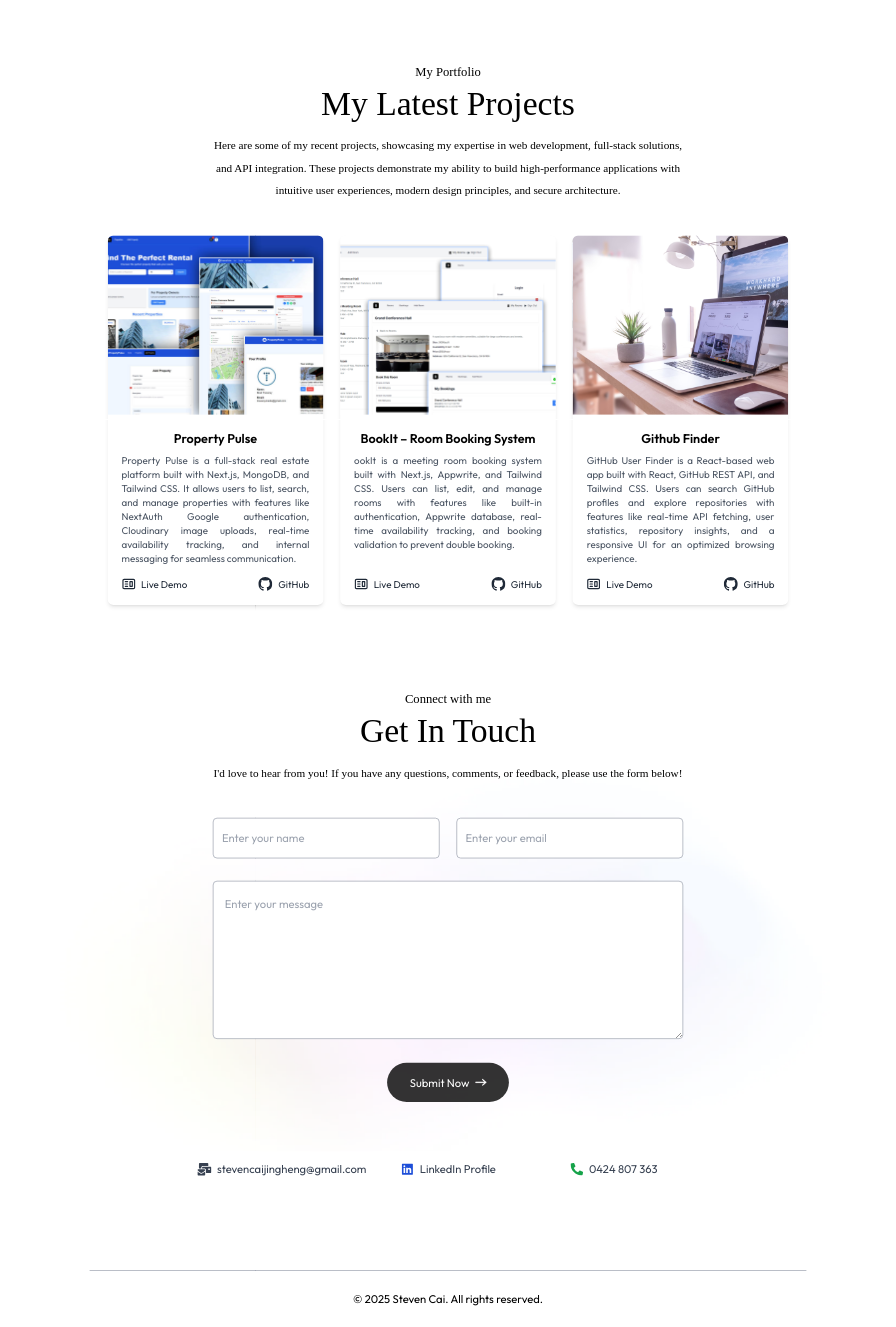
Repository: Steven4cai/profolio
Page: /
These files come from the project's save history. The page is drawn as it stood at one moment and after the next save; the edit follows.
The browser window is 1280 px wide. The pictures show the part of the page from y = 2305 to 4225 px (the page is 4201 px tall before and 4225 px after), at 70% of full size.
Some web fonts or font styles are not loaded; a fallback is used. The project was rebuilt for these pictures with package versions that can differ from the ones it lists, and the page was loaded fresh each time. The framework's server and built-in components were replaced by stand-ins that run in the browser. Also part of the build but not shown: next.config.mjs.

Above is the page before, as saved 2025-02-09 14:44:20.

### app/layout.js
import {Outfit,Ovo} from "next/font/google";
import "./globals.css";

const outfit = Outfit({
  subsets: ["latin"],weight:["400","500","600","700"]
});

const ovo = Ovo({
  subsets: ["latin"],weight:["400"]
});

export const metadata = {
  title: "Profolio - Steven",
  description: "",
};

export default function RootLayout({ children }) {
  return (
    <html lang="en" className="scroll-smooth ">
      <body className={`${outfit.className} ${ovo.className} antialiased leading-8 overflow-x-hidden
      dark:bg-darkTheme dark:text-white`}>
        <main>{children}</main>
      </body>
    </html>
  );
}

### app/page.js
'use client'
import About from "@/components/About";
import Header from "@/components/Header";
import Navbar from "@/components/Navbar";
import Services from "@/components/Services";
import Work from "@/components/Work";
import Contact from "@/components/Contact";
import Footer from "@/components/Footer";
import { useEffect, useState } from "react";

export default function Home() {
  const [isDark,setIsDark] = useState(false)

  useEffect(()=>{
    if(localStorage.theme === 'dark' || (!('theme' in localStorage) && window.matchMedia('(prefers-color-scheme:dark)').matches)){
      setIsDark(true)
    }else{
      setIsDark(false)
    }
  },[])

  useEffect(()=>{
    if(isDark){
      document.documentElement.classList.add('dark')
      localStorage.theme = 'dark'
    }else{
      document.documentElement.classList.remove('dark')
      localStorage.theme = ''
    }
  } ,[isDark])
  return (
    <>
    <Navbar isDark = {isDark} setIsDark = {setIsDark}/>
    <Header isDark = {isDark}/>
    <About isDark = {isDark}/>
    <Services isDark = {isDark}/>
    <Work isDark = {isDark}/>
    <Contact isDark = {isDark}/>
    <Footer isDark = {isDark}/>
    </>
  );
}

### components/About.jsx
import Image from 'next/image'
import React from 'react'
import {assets, infoList, toolsData} from '@/assets/assets'


const About = ({isDark}) => {
  return (
    <div id='about' className='w-full px-[12%] py-10 scroll-mt-20'>
      <h4 className='text-center mb-2 text-lg font-Ovo'>Introduction</h4>
      <h2 className='text-center text-5xl font-Ovo'>About Me</h2>

    <div className='flex w-full flex-col lg:flex-row items-center gap-20 my-20'>
        <div className='w-64 sm:w-80 rounded-3xl max-w-none'>
            <Image src={assets.user_image} alt='user'
            className='w-full rounded-3xl'/>
        </div>
        <div className='flex-1'>
            <p className='mb-10 max-w-2xl font-Ovo'>
            I am a web developer with a background in IT and software
         engineering. I specialize in building scalable and efficient web
          applications, focusing on clean code, performance optimization,
          and user experience. Skilled in both front-end and back-end
          technologies, I am always eager to learn and apply new solutions.
            </p>
            <ul className='grid grid-cols-1 sm:grid-cols-3 gap-6 max-w-2xl'>
                {infoList.map((info,index) => (
                    <li
                    className='border-[0.5px] border-gray-400 rounded-xl p-6
                    cursor-pointer hover:bg-lightHover hover:-translate-y-1 duration-500
                    hover:shadow-black
                    dark:border-white dark:hovr:shadow-white dark:hover:bg-darkHover/50'
                    key={index}>
                        <Image src={isDark ? info.iconDark : info.icon} alt={info.title} className='w-7 mt-3'/>
                        <h3 className='my-4 font-semiblod text-gray-700 dark:text-white'>{info.title}</h3>
                        <p className='text-gray-600 text-sm dark:text-white/80'>{info.description}</p>
                    </li>
                ))}
            </ul>

            <h4 className='my-6 text-gray-700 font-Ovo dark:text-white/80'>Tools I use</h4>


                <ul className='flex items-center gap-3 sm:gap-5'>
                    {toolsData.map((tool,index) => (
                        <li className=
                        'flex items-center justify-center w-12 sm:w-14 aspect-square border border-gray-400 rounded-lg cursor-pointer hover:-translate-y-1 duration-500'
                         key={index}>
                            <Image src={tool} alt='Tool' className='w-5 sm:w-7' />
                        </li>
                    ))}
                </ul>
        </div>
    </div>

    </div>
  )
}

export default About

### components/Header.jsx
import React from 'react'
import Image from 'next/image'
import {assets} from '@/assets/assets'

const Header = () => {
  return (
    <div className=
    'w-11/12 max-w-3xl text-center mx-auto h-screen flex flex-col items-center justify-center gap-4'>
      <div>
        <Image src={assets.profile_img} alt='' className='rounded-full w-32'/>
      </div>
      <h3 className='flex items-end gap-2 text-xl md:text-2xl mb-3 font-Ovo'>Hi! I'm Steven Cai <Image src={assets.hand_icon} alt='' className='w-6'/></h3>
        <h1 className='text-3xl sm:text-6xl lg:text-[66px] font-Ovo'>Frontend web developer based in Sydney</h1>
        <p className='max-w-2xl mx-auto font-Ovo'>
          Web developer with a strong foundation in software engineering,
           specializing in building efficient, scalable, and user-friendly
            applications.
        </p>
        <div className=
        'flex flex-col sm:flex-row items-center gap-4 mt-4'>
            <a href="#contact"
             className='px-10 py-3 border rounded-full bg-black text-white flex items-center gap-2
             dark:bg-transparent'>
                Contact me  <Image src={assets.right_arrow_white} alt='' className='w-4'/></a>
            <a href="/Steven_Cai_ITResume.pdf" download
            className='px-10 py-3 border rounded-full border-gray-500 flex items-center gap-2
            bg-white dark:text-black'
            >My resume  <Image src={assets.download_icon} alt='' className='w-4'/></a>

        </div>


    </div>
  )
}

export default Header

### components/Navbar.jsx
'use client'

import Image from 'next/image'
import React, { useEffect, useState } from 'react'
import {assets} from '@/assets/assets'

const Navbar = ({isDark,setIsDark}) => {
    const [isScroll, setIsScrool] = useState(false)

    const [isMenuOpen, setIsMenuOpen] = useState(false);

    const openMenu = () => {
        setIsMenuOpen(true);
    };

    const closeMenu = () => {
        setIsMenuOpen(false);
    };

    useEffect(()=>{
        window.addEventListener('scroll',()=>{
            if(scrollY > 50){
                setIsScrool(true)
            }else{
                setIsScrool(false)
            }
        })
    } ,[])

    return (
        <>
            <div className='fixed top-0 right-0 w-11/12 -z-10 translate-y-[-80%] dark:hidden'>
                <Image src={assets.header_bg_color} alt='' className='w-full' />
            </div>

            <nav className={`w-full fixed px-5 lg:px-8 xl:px-[8%] py-4 flex
                items-center justify-between z-50 ${isScroll
                ? 'bg-white bg-opacity-50 backdrop-blur-lg shadow-sm dark:bg-darkTheme dark:shadow-white/20'
                : ''}`}>
                <a href="#top">
                    <Image alt='logo' className='w-28 cursor-pointer mr-14 bg-white rounded-full' src={assets.logo} />
                </a>

                <ul className={`hidden md:flex items-center gap-6
                    lg:gap-8 rounded-full px-12 py-3
                    ${isScroll ?'' : 'bg-white shadow-sm bg-opacity-50 dark:border dark:border-white/50 dark:bg-transparent'}`}>
                    <li><a className='font-Ovo' href="#top">Home</a></li>
                    <li><a className='font-Ovo' href="#about">About me</a></li>
                    <li><a className='font-Ovo' href="#services">Services</a></li>
                    <li><a className='font-Ovo' href="#work">My Work</a></li>
                    <li><a className='font-Ovo' href="#contact">Contact me</a></li>
                </ul>

                <div className='flex items-center gap-4'>

                    <button onClick={() => setIsDark(prev => !prev)}>
                        <Image src={isDark ? assets.sun_icon : assets.moon_icon} alt='' className='w-6' />
                    </button>

                    <a href='#contact' className='hidden lg:flex items-center gap-3 px-10 py-2.5
                    border border-gray-500 rounded-full ml-4 font-Ovo
                    dark:border-white/50'>
                        Contact <Image className='w-3' src={isDark ?assets.arrow_icon_dark :assets.arrow_icon} alt='arrowicon' />
                    </a>

                    <button className='block md:hidden ml-3' onClick={openMenu}>
                        <Image src={isDark ?assets.menu_white :assets.menu_black} alt='' className='w-6' />
                    </button>
                </div>

                <ul className={`flex flex-col gap-4 py-20 px-10
                fixed -right-0 top-0 bottom-0 w-64 z-50 h-screen bg-rose-50
                transition duration-500' dark:bg-darkHover dark:text-white
                ${isMenuOpen ? 'translate-x-0' : 'translate-x-[16rem]'} md:hidden`}>
                    {/* Close Button */}
                    <div className='absolute right-6 top-6' onClick={closeMenu}>
                        <Image src={isDark ?assets.close_white :assets.close_black} alt='' className='w-5 cursor-pointer' />
                    </div>

                    <li><a onClick={closeMenu} className='font-Ovo' href="#top">Home</a></li>
                    <li><a onClick={closeMenu} className='font-Ovo' href="#about">About me</a></li>
                    <li><a onClick={closeMenu} className='font-Ovo' href="#services">Services</a></li>
                    <li><a onClick={closeMenu} className='font-Ovo' href="#work">My Work</a></li>
                    <li><a onClick={closeMenu} className='font-Ovo' href="#contact">Contact me</a></li>
                </ul>
            </nav>
        </>
    )
}

export default Navbar;

### components/Services.jsx
import React from "react";
import { TbWorld } from "react-icons/tb";
import { RiStackFill } from "react-icons/ri";
import { AiOutlineApi } from "react-icons/ai";
import { MdSecurity } from "react-icons/md";

export const serviceData = [
  { icon: <TbWorld className="text-4xl text-gray-700 dark:text-white" />, title: 'Frontend Development', description: 'Building modern, responsive, and interactive web applications using React.js, Next.js, and Tailwind CSS to ensure seamless user experience.', link: '' },
  { icon: <RiStackFill className="text-4xl text-gray-700 dark:text-white" />, title: 'Full-Stack Development', description: 'Developing scalable web applications with Next.js, Appwrite, MongoDB, and Firebase, handling both frontend and backend efficiently.', link: '' },
  { icon: <AiOutlineApi className="text-4xl text-gray-700 dark:text-white" />, title: 'API Development & Integration', description: 'Creating and integrating RESTful APIs to enable smooth data communication between systems, ensuring high performance and security.', link: '' },
  { icon: <MdSecurity className="text-4xl text-gray-700 dark:text-white" />, title: 'Authentication & Security', description: 'Implementing secure authentication using NextAuth.js, OAuth, JWT, and Firebase Auth, ensuring data protection and user privacy.', link: '' },
];

const Services = () => {
  return (
    <div id='services' className='w-full px-[12%] py-10 scroll-mt-20'>
      <h4 className='text-center mb-2 text-lg font-Ovo'>What I offer</h4>
      <h2 className='text-center text-5xl font-Ovo'>My Services</h2>

      <p className='text-center max-w-2xl mx-auto mt-5 mb-12 font-Ovo'>
        I design and develop modern, high-performance web applications with
        a focus on efficiency, scalability, and seamless user experience. Whether
        it’s front-end UI/UX, full-stack solutions, or API integrations,
        I build robust and maintainable systems tailored to business needs.
      </p>

      <div className='grid grid-cols-1 sm:grid-cols-2 md:grid-cols-4 gap-6 my-10'>
        {serviceData.map(({ icon, title, description, link }, index) => (
          <div
            className='border border-gray-400 rounded-lg px-8 py-10 flex flex-col items-center text-center
              hover:shadow-black cursor-pointer hover:bg-lightHover hover:-translate-y-1 duration-500
              dark:hover:bg-darkHover dark:hover:shadow-white'
            key={index}
          >
            {icon}
            <h3 className='text-lg my-4 text-gray-700 dark:text-white'>{title}</h3>
            <p className='text-sm text-gray-600 leading-5 dark:text-white/80'>{description}</p>
          </div>
        ))}
      </div>
    </div>
  );
};

export default Services;

### components/Work.jsx
import { assets, workData } from '@/assets/assets';
import React from 'react';
import Image from 'next/image';
import Link from 'next/link';
import { BsGithub } from 'react-icons/bs';
import { CgWebsite } from 'react-icons/cg';

const Work = ({ isDark }) => {
  return (
    <div id="work" className="w-full px-[12%] py-10 scroll-mt-20">
      <h4 className="text-center mb-2 text-lg font-Ovo">My Portfolio</h4>
      <h2 className="text-center text-5xl font-Ovo">My Latest Projects</h2>

      <p className="text-center max-w-2xl mx-auto mt-5 mb-12 font-Ovo">
      Here are some of my recent projects, showcasing my expertise in web
       development, full-stack solutions, and API integration. These projects
        demonstrate my ability to build high-performance applications
         with intuitive user experiences, modern design principles, and secure
         architecture.
      </p>

      <div className="grid grid-cols-1 sm:grid-cols-2 md:grid-cols-3 gap-6 my-10">
  {workData.map((work, index) => (
    <div
      key={index}
      className="flex flex-col bg-white dark:bg-gray-900 rounded-lg shadow-md overflow-hidden group cursor-pointer"
    >
      <div
        className="h-64 bg-cover bg-center transition-transform duration-500 group-hover:scale-105"
        style={{ backgroundImage: `url(${work.bgImage})` }}
      ></div>

      <div
        className="p-5 w-full flex flex-col flex-grow transition-all duration-500 group-hover:-translate-y-2"
      >
        <h2 className="font-semibold text-lg dark:text-white text-center">
          {work.title}
        </h2>
        <p className="text-sm text-gray-600 dark:text-gray-300 mt-2 text-justify flex-grow">
          {work.description}
        </p>

        <div className="mt-4 flex justify-between items-center">
          <Link
            href={work.website}
            target="_blank"
            className="flex items-center gap-2 text-sm text-gray-800 dark:text-white hover:text-blue-500 transition-colors"
          >
            <CgWebsite className="text-xl" /> Live Demo
          </Link>

          <Link
            href={work.github}
            target="_blank"
            className="flex items-center gap-2 text-sm text-gray-800 dark:text-white hover:text-gray-600 transition-colors"
          >
            <BsGithub className="text-xl" /> GitHub
          </Link>
        </div>
      </div>
    </div>
  ))}
</div>

    </div>
  );
};

export default Work;

### components/Contact.jsx
'use client'
import { assets } from '@/assets/assets'
import React,{ useState } from 'react'
import Image from 'next/image'
import { FaPhoneAlt,FaMailBulk } from "react-icons/fa";
import Link from 'next/link';
import { AiFillLinkedin } from "react-icons/ai";
const Contact = () => {

    const [result, setResult] = React.useState("");

  const onSubmit = async (event) => {
    event.preventDefault();
    setResult("Sending....");
    const formData = new FormData(event.target);

    formData.append("access_key", "d1d257f8-3b83-45d6-8d1c-4f4ca340e588");

    const response = await fetch("https://api.web3forms.com/submit", {
      method: "POST",
      body: formData
    });

    const data = await response.json();

    if (data.success) {
      setResult("Form Submitted Successfully");
      event.target.reset();
    } else {
      console.log("Error", data);
      setResult(data.message);
    }
  };


  return (
    <div id='contact' className='w-full px-[12%] py-10 scroll-mt-20 bg-[url("/footer-bg-color.png")] bg-no-repeat
    bg-center bg-[length:90%_auto] dark:bg-none'>
        <h4 className='text-center mb-2 text-lg font-Ovo'>Connect with me</h4>
        <h2 className='text-center text-5xl font-Ovo'>Get In Touch</h2>

        <p className='text-center max-w-2xl mx-auto mt-5 mb-12 font-Ovo'>
       I'd love to hear from you! If you have any questions, comments, or feedback, please use the form below!
        </p>

        <form onSubmit={onSubmit} className='max-w-2xl mx-auto'>
            <div className='grid grid-cols-auto gap-6 mt-10 mb-8'>
                <input
                className='flex-1 p-3 outline-none border-[0.5px] border-gray-400 rounded-md bg-white
                dark:bg-darkHover/30 dark:border-white/90'
                type="text" placeholder='Enter your name' required name="name" />
                <input
                className='flex-1 p-3 outline-none border-[0.5px] border-gray-400 rounded-md bg-white
                dark:bg-darkHover/30 dark:border-white/90'
                type="email" placeholder='Enter your email' required name="email" />
            </div>
            <textarea
            className='w-full p-4 outline-none border-[0.5px] border-gray-400 rounded-md bg-white mb-6
            dark:bg-darkHover/30 dark:border-white/90'
            rows={6} placeholder='Enter your message'  name="message" required></textarea>
            <button
            className='py-3 px-8 w-max flex items-center justify-between gap-2 bg-black/80 text-white rounded-full
            mx-auto hover:bg-black duration-500 dark:bg-transparent dark:border-[0.5px] dark:hover:bg-darkHover'
            type='submit'>
                Submit Now <Image src={assets.right_arrow_white} alt='' className='w-4'/>
            </button>

            <p className='mt-4'>{result}</p>
            <div className='mt-20'>
            <div className="grid grid-cols-1 sm:grid-cols-2 md:grid-cols-3 gap-10 justify-items-center my-10">
  {/* 📧 邮件 */}
  <Link href="mailto:stevencaijingheng@gmail.com">
    <div className="flex items-center gap-2 cursor-pointer hover:text-blue-500 transition">
      <FaMailBulk className="text-xl text-gray-700 dark:text-white" />
      <span className="text-gray-700 dark:text-white">stevencaijingheng@gmail.com</span>
    </div>
  </Link>

  {/* 🔗 LinkedIn */}
  <Link href="https://www.linkedin.com/in/stevencai1" target="_blank" rel="noopener noreferrer">
    <div className="flex items-center gap-2 cursor-pointer hover:text-blue-500 transition">
      <AiFillLinkedin className="text-blue-700 dark:text-blue-400 text-xl" />
      <span className="text-gray-700 dark:text-white">LinkedIn Profile</span>
    </div>
  </Link>

  {/* 📞 电话 */}
  <div className="flex items-center gap-2">
    <FaPhoneAlt className="text-green-600 text-lg" />
    <span className="text-gray-700 dark:text-white">0424 807 363</span>
  </div>
</div>

      </div>
        </form>
    </div>
  )
}

export default Contact

### components/Footer.jsx
import Image from 'next/image'
import React from 'react'
import { assets } from '@/assets/assets'


const Footer = ({ isDark }) => {
  const currentYear = new Date().getFullYear();

  return (




      <div className='text-center border-t border-gray-400 mx-[10%] mt-12 py-6'>
        <p>&copy; {currentYear} Steven Cai. All rights reserved.</p>
      </div>

  )
}

export default Footer;

### tailwind.config.mjs
/** @type {import('tailwindcss').Config} */
export default {
  content: [
    "./pages/**/*.{js,ts,jsx,tsx,mdx}",
    "./components/**/*.{js,ts,jsx,tsx,mdx}",
    "./app/**/*.{js,ts,jsx,tsx,mdx}",
  ],
  theme: {
    extend: {
      colors: {
        lightHover: '#fcf4ff',
        darkHover: '#2a004a',
        darkTheme: '#11001F'
      },
      fontFamily:{
        Outfit:["Outfit", "sans-serif"],
        Ovo: ["Ovo", "serif"]
      },
      boxShadow:{
        'black': '4px 4px 0 #000',
        'white': '4px 4px 0 #fff',
      },
      gridTemplateColumns:{
        'auto':'repeat(auto-fit,minmax(200px,1fr))'
      }
    },
  },
  darkMode: 'selector',
  plugins: [],
};

Loaded but not shown: app/globals.css (common file); assets/assets.js (123 lines, source omitted)

After the next save:
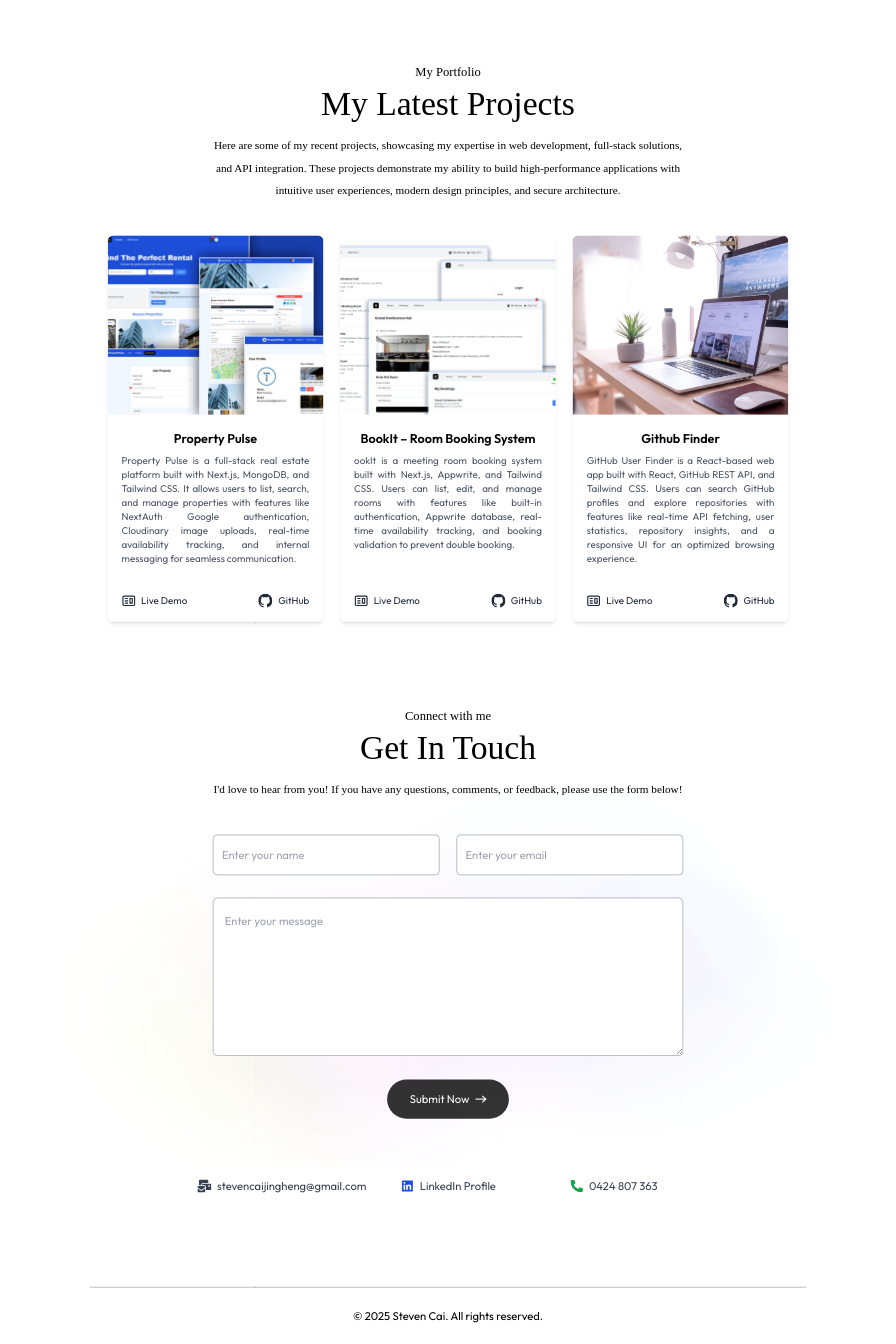
Saved 2 min 11 s later.
--- a/components/Work.jsx
+++ b/components/Work.jsx
@@ -40,7 +40,7 @@ const Work = ({ isDark }) => {
           {work.description}
         </p>
 
-        <div className="mt-4 flex justify-between items-center">
+        <div className="mt-10 flex justify-between items-center">
           <Link
             href={work.website}
             target="_blank"
